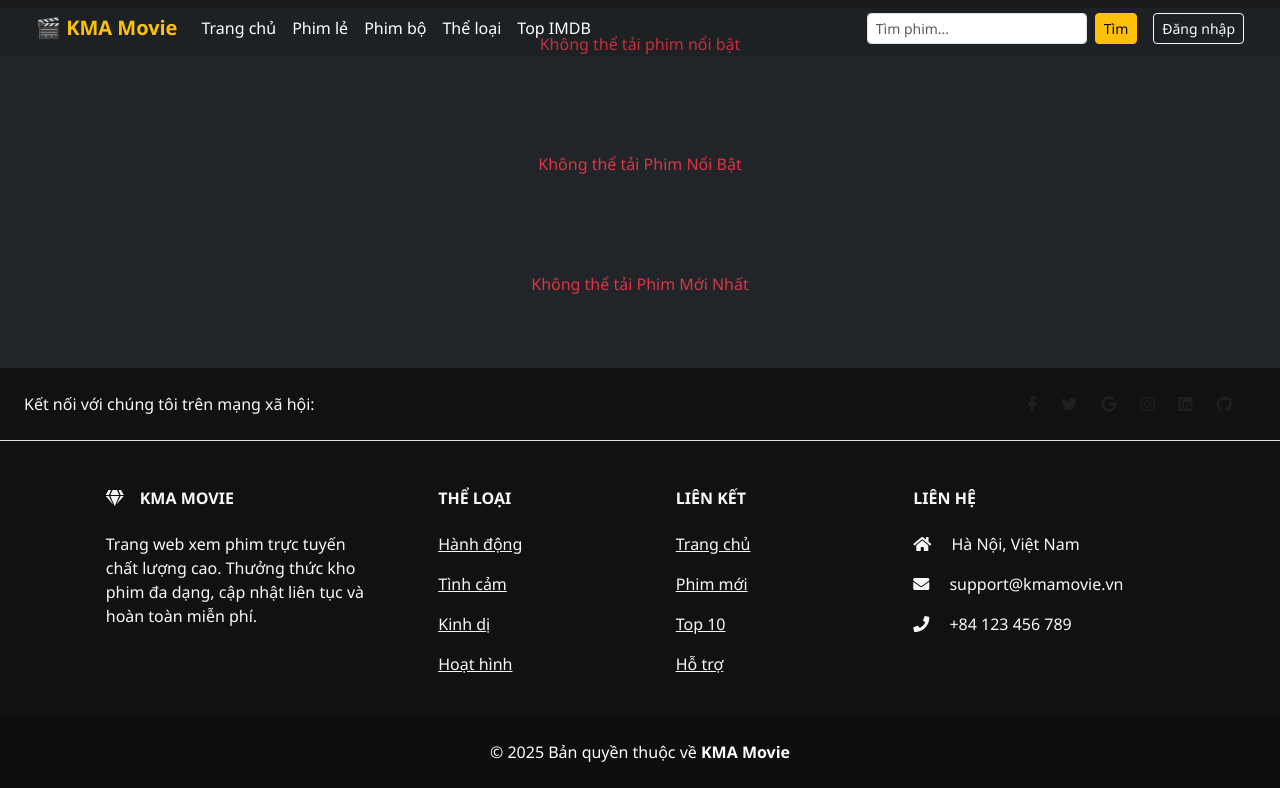
Repository: takagi2004/KMA_Nhom27_TTCS_WebXemFilm_FonEnd
Page: /
The author's editor kept a copy of each file at every save. The page is drawn from the files as they stood at one save, then again after the next save.
The browser window is 1280 px wide. The pictures show the whole page.
The page's requests for data from a server got no answer. The project was rebuilt for these pictures with package versions that can differ from the ones it lists, and the page was loaded fresh each time. No one was signed in, and anything a server would have sent is missing. Also part of the build but not shown: src/layout/danhsachphim/Props/PhimCard.tsx.

Above is the page before, as saved 2025-08-07 00:31:55.

### public/index.html
<!DOCTYPE html>
<html lang="en">
  <head>
    <meta charset="utf-8" />
    <link rel="icon" href="%PUBLIC_URL%/favicon.ico" />
    <meta name="viewport" content="width=device-width, initial-scale=1" />
    <meta name="theme-color" content="#000000" />
    <meta
      name="description"
      content="Web site created using create-react-app"
    />
    <link rel="apple-touch-icon" href="%PUBLIC_URL%/logo192.png" />
    <!--
      manifest.json provides metadata used when your web app is installed on a
      user's mobile device or desktop. See https://developers.google.com/web/fundamentals/web-app-manifest/
    -->
    <link rel="manifest" href="%PUBLIC_URL%/manifest.json" />
    <!--
      Notice the use of %PUBLIC_URL% in the tags above.
      It will be replaced with the URL of the `public` folder during the build.
      Only files inside the `public` folder can be referenced from the HTML.

      Unlike "/favicon.ico" or "favicon.ico", "%PUBLIC_URL%/favicon.ico" will
      work correctly both with client-side routing and a non-root public URL.
      Learn how to configure a non-root public URL by running `npm run build`.
    -->
    <link href="https://cdn.jsdelivr.net/npm/bootstrap@5.3.7/dist/css/bootstrap.min.css" rel="stylesheet" integrity="sha384-LN+7fdVzj6u52u30Kp6M/trliBMCMKTyK833zpbD+pXdCLuTusPj697FH4R/5mcr" crossorigin="anonymous">
    <link rel="stylesheet" href="https://cdnjs.cloudflare.com/ajax/libs/font-awesome/5.15.3/css/all.min.css">
    <title>Xem Phim Hay,Mới Nhất Tại Phimmoi.com</title>
  </head>
  <body>
    <noscript>You need to enable JavaScript to run this app.</noscript>
    <div id="root"></div>
    <!--
      This HTML file is a template.
      If you open it directly in the browser, you will see an empty page.

      You can add webfonts, meta tags, or analytics to this file.
      The build step will place the bundled scripts into the <body> tag.

      To begin the development, run `npm start` or `yarn start`.
      To create a production bundle, use `npm run build` or `yarn build`.
    -->
    <script src="https://cdn.jsdelivr.net/npm/bootstrap@5.3.7/dist/js/bootstrap.bundle.min.js" integrity="sha384-ndDqU0Gzau9qJ1lfW4pNLlhNTkCfHzAVBReH9diLvGRem5+R9g2FzA8ZGN954O5Q" crossorigin="anonymous"></script>
  </body>
</html>

### src/App.tsx
import React from 'react';
import './App.css';
import Hompage from './layout/Hompage';

function App() {
  return (
    <div className="App">
       <Hompage />
    </div>
  );
}

export default App;

### src/App.css
/* ==================== GLOBAL ==================== */
body, html {
  margin: 0;
  padding: 0;
  background-color: #1c1c1c;
  font-family: 'Segoe UI', Tahoma, Geneva, Verdana, sans-serif;
}

.App {
  text-align: center;
  color: white;
}

/* ==================== NAVBAR ==================== */
.navbar.bg-transparent {
  background-color: rgba(0, 0, 0, 0.1) !important;
  transition: background-color 0.3s ease;
}
.navbar.bg-dark {
  background-color: rgba(0, 0, 0, 0.9) !important;
  transition: background-color 0.3s ease;
}
.navbar .nav-link {
  color: #fff !important;
  transition: color 0.2s;
}
.navbar .nav-link:hover {
  color: #ffc107 !important;
}

/* ==================== CAROUSEL ==================== */
.carousel-container {
  position: relative;
}
.carousel-item {
  position: relative;
}
.carousel-img {
  width: 100%;
  height: 80vh;
  object-fit: cover;
  position: relative;
  z-index: 0;
}

/* Overlay desktop */
.carousel-overlay-bottom-left {
  position: absolute;
  bottom: 160px;
  left: 60px;
  z-index: 2;
  max-width: 700px;
  color: white;
  text-shadow: 0 4px 12px rgba(0, 0, 0, 0.9);
  background: radial-gradient(
    circle at left bottom,
    rgba(0,0,0,0.7) 0%,
    rgba(0,0,0,0.3) 40%,
    rgba(0,0,0,0) 80%
  );
  padding: 40px 60px 40px 0;
}

.carousel-overlay-bottom-left h2 {
  font-size: 3rem;
  font-weight: 900;
}
.carousel-overlay-bottom-left p {
  font-size: 1.1rem;
  margin-bottom: 0.5rem;
}

/* Gradient mờ desktop */
.carousel-item::after {
  content: "";
  position: absolute;
  bottom: 0;
  left: 0;
  width: 100%;
  height: 35%;
  background: linear-gradient(to top, rgba(0,0,0,0.85), transparent);
  z-index: 1;
  pointer-events: none;
}

/* ==================== DANH SÁCH PHIM ==================== */
.danh-sach-phim-wrapper {
  margin-top: -120px;  /* PC trồi nhiều */
  position: relative;
  z-index: 2;
}

.danh-sach-phim-container {
  background: transparent !important;
  padding-top: 2rem;
  padding-bottom: 2rem;
}

.danh-sach-phim-container h3 {
  color: #fff;
  font-weight: bold;
}

/* ==================== PHIM CARD ==================== */
.phim-card {
  position: relative;
  width: 100%;
  color: white;
  text-align: left;
  transition: transform 0.3s ease, box-shadow 0.3s ease;
  background: transparent;
  min-height: 250px; /* Đảm bảo không bị cắt phần mô tả */
}

.phim-card-img-wrapper {
  width: 100%;
  aspect-ratio: 2 / 3.3;
  overflow: hidden;
  border-radius: 8px;
  position: relative;
}

.phim-card-img-wrapper img {
  width: 100%;
  height: 100%;
  object-fit: cover;
  display: block;
  transition: transform 0.3s ease;
}

.phim-card:hover .phim-card-img-wrapper img {
  transform: scale(1.05);
}

/* Badge số tập */
.phim-card-episode-badge {
  position: absolute;
  bottom: 10px;
  left: 10px;
  background: linear-gradient(to right, #ff8c00, #ffcc00);
  color: #fff;
  font-size: 0.8rem;
  font-weight: 700;
  padding: 4px 8px;
  border-radius: 4px;
  box-shadow: 0 2px 6px rgba(0,0,0,0.4);
}

.phim-card-info {
  margin-top: 8px;
  min-height: 70px; /* Đảm bảo luôn có chỗ cho tên + mô tả */
}

.phim-card-info h6 {
  font-size: 1rem;
  font-weight: 700;
  margin-bottom: 3px;
  white-space: normal;
  overflow: hidden;
  display: -webkit-box;
  -webkit-line-clamp: 2;
  -webkit-box-orient: vertical;
  line-height: 1.2;
}

.phim-card-info p {
  font-size: 0.75rem;
  margin: 0;
  color: #aaa;
  white-space: normal;
  overflow: hidden;
  display: -webkit-box;
  -webkit-line-clamp: 3;
  -webkit-box-orient: vertical;
  line-height: 1.2;
}

/* Hover */
.phim-card:hover {
  transform: scale(1.07);
  z-index: 10;
  box-shadow: 0 4px 12px rgba(0,0,0,0.6);
}

/* ==================== RESPONSIVE ==================== */

/* Tablet */
@media (max-width: 992px) {
  .carousel-img {
    height: 60vh;
  }
  .carousel-overlay-bottom-left {
    bottom: 80px;
    left: 30px;
    max-width: 500px;
    padding: 20px 30px 20px 0;
  }
  .carousel-overlay-bottom-left h2 {
    font-size: 2rem;
  }
  .danh-sach-phim-wrapper {
    margin-top: -40px; /* Tablet trồi ít hơn */
  }
}

/* Mobile */
@media (max-width: 576px) {
  .carousel-img {
    height: 40vh;
  }

  /* Ẩn overlay desktop */
  .carousel-overlay-bottom-left {
    display: none;
  }

  /* Ẩn gradient */
  .carousel-item::after {
    display: none;
  }

  /* Card phim nhỏ hơn */
  .phim-card-img-wrapper {
    aspect-ratio: 2 / 3;
  }
  .phim-card-info h6 {
    font-size: 0.8rem;
  }
  .phim-card-info p {
    font-size: 0.65rem;
  }

  /* Mobile: không trồi lên để tránh che chữ */
  .danh-sach-phim-wrapper {
    margin-top: 0;
  }
}

### src/layout/Hompage.tsx
import DanhSachPhim from "./danhsachphim/DanhSachPhim";
import Footer from "./header/foode-narbar-carosel/Footer";
import Header from "./header/Header";
import React from "react";
function Hompage() {
  return (
    <div className="App">
       <Header />
       <Footer />
    </div>
  );
}

export default Hompage;

### src/layout/header/foode-narbar-carosel/Footer.tsx
import React from "react";

/**
 * Footer cho trang web xem phim
 * - Responsive đầy đủ (mobile, tablet, desktop)
 * - Có phần mạng xã hội + liên hệ + link nhanh
 * - Thiết kế nền tối phù hợp trang xem phim
 */
const Footer: React.FC = () => {
  return (
    <footer className="text-center text-lg-start text-muted" style={{ backgroundColor: "#111" }}>
      {/* ====================== MẠNG XÃ HỘI ====================== */}
      <section className="d-flex justify-content-center justify-content-lg-between p-4 border-bottom">
        {/* Bên trái - chỉ hiện trên màn hình lớn */}
        <div className="me-5 d-none d-lg-block text-light">
          <span>Kết nối với chúng tôi trên mạng xã hội:</span>
        </div>

        {/* Bên phải - icon mạng xã hội */}
        <div>
          <a href="#" className="me-4 text-reset text-light"><i className="fab fa-facebook-f"></i></a>
          <a href="#" className="me-4 text-reset text-light"><i className="fab fa-twitter"></i></a>
          <a href="#" className="me-4 text-reset text-light"><i className="fab fa-google"></i></a>
          <a href="#" className="me-4 text-reset text-light"><i className="fab fa-instagram"></i></a>
          <a href="#" className="me-4 text-reset text-light"><i className="fab fa-linkedin"></i></a>
          <a href="#" className="me-4 text-reset text-light"><i className="fab fa-github"></i></a>
        </div>
      </section>

      {/* ====================== LIÊN KẾT NHANH ====================== */}
      <section>
        <div className="container text-center text-md-start mt-5 text-light">
          <div className="row mt-3">
            {/* Cột 1 - Giới thiệu */}
            <div className="col-md-3 col-lg-4 col-xl-3 mx-auto mb-4">
              <h6 className="text-uppercase fw-bold mb-4">
                <i className="fas fa-gem me-3"></i>KMA Movie
              </h6>
              <p>
                Trang web xem phim trực tuyến chất lượng cao.
                Thưởng thức kho phim đa dạng, cập nhật liên tục và hoàn toàn miễn phí.
              </p>
            </div>

            {/* Cột 2 - Thể loại */}
            <div className="col-md-2 col-lg-2 col-xl-2 mx-auto mb-4">
              <h6 className="text-uppercase fw-bold mb-4">Thể loại</h6>
              <p><a href="#" className="text-reset">Hành động</a></p>
              <p><a href="#" className="text-reset">Tình cảm</a></p>
              <p><a href="#" className="text-reset">Kinh dị</a></p>
              <p><a href="#" className="text-reset">Hoạt hình</a></p>
            </div>

            {/* Cột 3 - Liên kết hữu ích */}
            <div className="col-md-3 col-lg-2 col-xl-2 mx-auto mb-4">
              <h6 className="text-uppercase fw-bold mb-4">Liên kết</h6>
              <p><a href="#" className="text-reset">Trang chủ</a></p>
              <p><a href="#" className="text-reset">Phim mới</a></p>
              <p><a href="#" className="text-reset">Top 10</a></p>
              <p><a href="#" className="text-reset">Hỗ trợ</a></p>
            </div>

            {/* Cột 4 - Liên hệ */}
            <div className="col-md-4 col-lg-3 col-xl-3 mx-auto mb-md-0 mb-4">
              <h6 className="text-uppercase fw-bold mb-4">Liên hệ</h6>
              <p><i className="fas fa-home me-3"></i> Hà Nội, Việt Nam</p>
              <p><i className="fas fa-envelope me-3"></i> support@kmamovie.vn</p>
              <p><i className="fas fa-phone me-3"></i> +84 123 456 789</p>
            </div>
          </div>
        </div>
      </section>

      {/* ====================== COPYRIGHT ====================== */}
      <div
        className="text-center p-4"
        style={{ backgroundColor: "rgba(0, 0, 0, 0.2)", color: "#fff" }}
      >
        © 2025 Bản quyền thuộc về <strong>KMA Movie</strong>
      </div>
    </footer>
  );
};

export default Footer;

### src/layout/header/Header.tsx
import React from "react";
import Navbar from "./foode-narbar-carosel/Narbar";
import Carousel from "./foode-narbar-carosel/Carousel";
import DanhSachPhim from "../danhsachphim/DanhSachPhim";
import { PhimAPI } from "../../api/PhimAPI";

const Header: React.FC = () => {
  return (
    <header className="bg-dark">
      {/* Thanh navbar */}
      <Navbar />

      {/* Carousel có khoảng cách dưới */}
      <div className="mt-2 mb-5">
        <Carousel />
      </div>

      {/* Các danh sách phim */}
      <div className="container-fluid d-flex flex-column gap-5 pb-5">
        <DanhSachPhim
          title="Phim Nổi Bật"
          fetchApi={() => PhimAPI.getPhimNoiBat(30)}
        />
        <DanhSachPhim
          title="Phim Mới Nhất"
          fetchApi={() => PhimAPI.getPhimMoiNhat(20)}
        />
      </div>
    </header>
  );
};

export default Header;

### src/layout/header/foode-narbar-carosel/Narbar.tsx
import React, { useEffect, useState } from "react";
import "./../../../App.css";

const Navbar: React.FC = () => {
  const [scrolled, setScrolled] = useState(false);

  // Theo dõi sự kiện scroll để đổi trạng thái navbar
  useEffect(() => {
    const handleScroll = () => {
      if (window.scrollY > 50) {
        setScrolled(true);
      } else {
        setScrolled(false);
      }
    };

    window.addEventListener("scroll", handleScroll);
    return () => {
      window.removeEventListener("scroll", handleScroll);
    };
  }, []);

  return (
    <nav
      className={`navbar navbar-expand-lg fixed-top px-4 ${
        scrolled ? "navbar-dark bg-dark shadow" : "navbar-dark bg-transparent"
      }`}
    >
      <div className="container-fluid">
        {/* Logo */}
        <a className="navbar-brand fw-bold text-warning" href="/">
          🎬 KMA Movie
        </a>

        {/* Menu icon mobile */}
        <button
          className="navbar-toggler"
          type="button"
          data-bs-toggle="collapse"
          data-bs-target="#navbarMovie"
          aria-controls="navbarMovie"
          aria-expanded="false"
          aria-label="Toggle navigation"
        >
          <span className="navbar-toggler-icon"></span>
        </button>

        {/* Menu */}
        <div className="collapse navbar-collapse" id="navbarMovie">
          <ul className="navbar-nav me-auto mb-2 mb-lg-0">
            <li className="nav-item"><a className="nav-link active" href="/">Trang chủ</a></li>
            <li className="nav-item"><a className="nav-link" href="/phim-le">Phim lẻ</a></li>
            <li className="nav-item"><a className="nav-link" href="/phim-bo">Phim bộ</a></li>
            <li className="nav-item"><a className="nav-link" href="/the-loai">Thể loại</a></li>
            <li className="nav-item"><a className="nav-link" href="/top-imdb">Top IMDB</a></li>
          </ul>

          {/* Search */}
          <form className="d-flex me-3">
            <input
              className="form-control form-control-sm me-2"
              type="search"
              placeholder="Tìm phim..."
            />
            <button className="btn btn-sm btn-warning" type="submit">
              Tìm
            </button>
          </form>

          {/* Icon user */}
          <a className="btn btn-outline-light btn-sm">Đăng nhập</a>
        </div>
      </div>
    </nav>
  );
};

export default Navbar;

### src/layout/header/foode-narbar-carosel/Carousel.tsx
import React, { useEffect, useState } from "react";
import "../../../App.css";
import { PhimAPI } from "../../../api/PhimAPI";
import PhimModel from "../../../model/PhimModel";

const Carousel: React.FC = () => {
  const [phimNoiBat, setPhimNoiBat] = useState<PhimModel[]>([]);
  const [loading, setLoading] = useState(true);
  const [error, setError] = useState<string | null>(null);

  useEffect(() => {
    PhimAPI.getPhimNoiBat(5)
      .then((data) => {
        setPhimNoiBat(data);
        setLoading(false);
      })
      .catch((err) => {
        setError("Không thể tải phim nổi bật");
        console.error(err);
        setLoading(false);
      });
  }, []);

  if (loading) return <div className="text-light p-4">Đang tải phim nổi bật...</div>;
  if (error) return <div className="text-danger p-4">{error}</div>;

  return (
    <div id="movieCarousel" className="carousel slide carousel-fade carousel-container" data-bs-ride="carousel">
      <div className="carousel-inner">
        {phimNoiBat.map((phim, index) => {
          const thoiLuong = phim.tapPhim?.length
            ? `${phim.tapPhim[0].thoiLuong} phút`
            : "Chưa có";

          return (
            <div key={phim.idPhim} className={`carousel-item ${index === 0 ? "active" : ""}`}>
              <img
                src={phim.anhBia || "https://via.placeholder.com/1920x1080?text=No+Image"}
                className="d-block w-100 carousel-img"
                alt={phim.tenPhim}
              />

              {/* Overlay cho desktop */}
              <div className="carousel-overlay-bottom-left d-none d-sm-block">
                <h2 className="fw-bold display-5">{phim.tenPhim}</h2>

                <div className="mb-2">
                  <span className="badge bg-success me-2">Top Thịnh Hành</span>
                  {phim.goiDangKy?.map((goi, i) => (
                    <span key={i} className="badge bg-info me-2">{goi}</span>
                  ))}
                </div>

                <p className="mb-1">
                  <span className="text-warning fw-bold me-2">
                    ★ {phim.diemTrungBinh?.toFixed(1) || 0}
                  </span>
                  {phim.namPhatHanh} | {phim.soLuong || 0} tập | {thoiLuong}
                </p>

                <p className="mb-2 text-light small">
                  {phim.theLoai?.join(" • ")} {phim.quocGia && `• ${phim.quocGia}`}
                </p>

                <p className="text-light" style={{ maxWidth: "600px" }}>
                  {phim.moTa?.length && phim.moTa.length > 200
                    ? phim.moTa.substring(0, 200) + "..."
                    : phim.moTa}
                </p>

                <div className="mt-3">
                  <button className="btn btn-success me-2">▶ Xem ngay</button>
                  <button className="btn btn-outline-light">+ Thêm vào danh sách</button>
                </div>
              </div>

              {/* Info mobile */}
              <div className="carousel-mobile-info d-sm-none">
                <h2>{phim.tenPhim}</h2>
                <span className="badge bg-success">Top Thịnh Hành</span>
                {phim.goiDangKy?.map((goi, i) => (
                  <span key={i} className="badge bg-info">{goi}</span>
                ))}

                <span className="rating">★ {phim.diemTrungBinh?.toFixed(1) || 0}</span>
                <div className="meta">
                  {phim.namPhatHanh} | {phim.soLuong || 0} tập | {thoiLuong}
                </div>

                <div className="mt-2">
                  <button className="btn btn-success me-2">▶ Xem ngay</button>
                  <button className="btn btn-outline-light">+ Thêm vào danh sách</button>
                </div>
              </div>
            </div>
          );
        })}
      </div>

      <button className="carousel-control-prev" type="button" data-bs-target="#movieCarousel" data-bs-slide="prev">
        <span className="carousel-control-prev-icon" aria-hidden="true"></span>
      </button>
      <button className="carousel-control-next" type="button" data-bs-target="#movieCarousel" data-bs-slide="next">
        <span className="carousel-control-next-icon" aria-hidden="true"></span>
      </button>
    </div>
  );
};

export default Carousel;

### src/layout/danhsachphim/DanhSachPhim.tsx
import React, { useEffect, useState } from "react";
import Slider from "react-slick";
import PhimModel from "../../model/PhimModel";
import PhimCard from "./Props/PhimCard";
import "slick-carousel/slick/slick.css";
import "slick-carousel/slick/slick-theme.css";

interface DanhSachPhimProps {
  title: string;
  fetchApi: () => Promise<PhimModel[]>;
  slidesToShow?: number;
}

const DanhSachPhim: React.FC<DanhSachPhimProps> = ({ title, fetchApi, slidesToShow = 8 }) => {
  const [phimList, setPhimList] = useState<PhimModel[]>([]);
  const [loading, setLoading] = useState(true);
  const [error, setError] = useState<string | null>(null);

  useEffect(() => {
    fetchApi()
      .then((data) => {
        setPhimList(data);
        setLoading(false);
      })
      .catch(() => {
        setError(`Không thể tải ${title}`);
        setLoading(false);
      });
  }, [fetchApi, title]);

  if (loading) return <div className="text-light p-4">Đang tải {title}...</div>;
  if (error) return <div className="text-danger p-4">{error}</div>;

  const settings = {
    dots: false,
    infinite: false,
    speed: 500,
    slidesToShow,
    slidesToScroll: slidesToShow,
    arrows: true,
    responsive: [
      {
        breakpoint: 1200,
        settings: { slidesToShow: Math.min(4, slidesToShow), slidesToScroll: 4 },
      },
      {
        breakpoint: 768,
        settings: { slidesToShow: 2, slidesToScroll: 2 },
      },
    ],
  };

  return (
    <div className="danh-sach-phim-wrapper">
      <div className="danh-sach-phim-container">
        <h3 className="mb-4 text-light fw-bold ps-4 text-start">{title}</h3>
        <div className="px-4">
          <Slider {...settings}>
            {phimList.map((phim) => (
              <div key={phim.idPhim} className="px-2">
                <PhimCard phim={phim} />
              </div>
            ))}
          </Slider>
        </div>
      </div>
    </div>
  );
};

export default DanhSachPhim;

### src/api/PhimAPI.ts
import axios from "axios";
import PhimModel from "../model/PhimModel";

const API_BASE_URL = "http://localhost:8080/api/phim";

export const PhimAPI = {
    // 1. Lấy tất cả phim
    getAllPhim: async (): Promise<PhimModel[]> => {
        const response = await axios.get<PhimModel[]>(`${API_BASE_URL}/all`);
        return response.data;
    },

    // 2. Lấy top phim thịnh hành
    getTopThinhHanh: async (limit: number = 10): Promise<PhimModel[]> => {
        const response = await axios.get<PhimModel[]>(`${API_BASE_URL}/top?limit=${limit}`);
        return response.data;
    },

    // 3. Lấy phim nổi bật (cho carousel)
    getPhimNoiBat: async (limit: number = 5): Promise<PhimModel[]> => {
        const response = await axios.get<PhimModel[]>(`${API_BASE_URL}/noi-bat?limit=${limit}`);
        return response.data;
    },

    // 4. Lấy chi tiết 1 phim theo ID
    getPhimById: async (id: number): Promise<PhimModel> => {
        const response = await axios.get<PhimModel>(`${API_BASE_URL}/${id}`);
        return response.data;
    },

    // 5. (Optional) Tìm kiếm phim theo từ khóa
    searchPhim: async (keyword: string): Promise<PhimModel[]> => {
        const response = await axios.get<PhimModel[]>(`${API_BASE_URL}/search?keyword=${encodeURIComponent(keyword)}`);
        return response.data;
    },
    // 6. Lấy phim mới nhất
    getPhimMoiNhat: async (limit: number = 10): Promise<PhimModel[]> => {
        const response = await axios.get<PhimModel[]>(`${API_BASE_URL}/moi-nhat?limit=${limit}`);
        return response.data;
    }
};

Loaded but not shown: src/index.tsx (common file); src/index.css (common file); src/reportWebVitals.ts (common file)

After the next save:
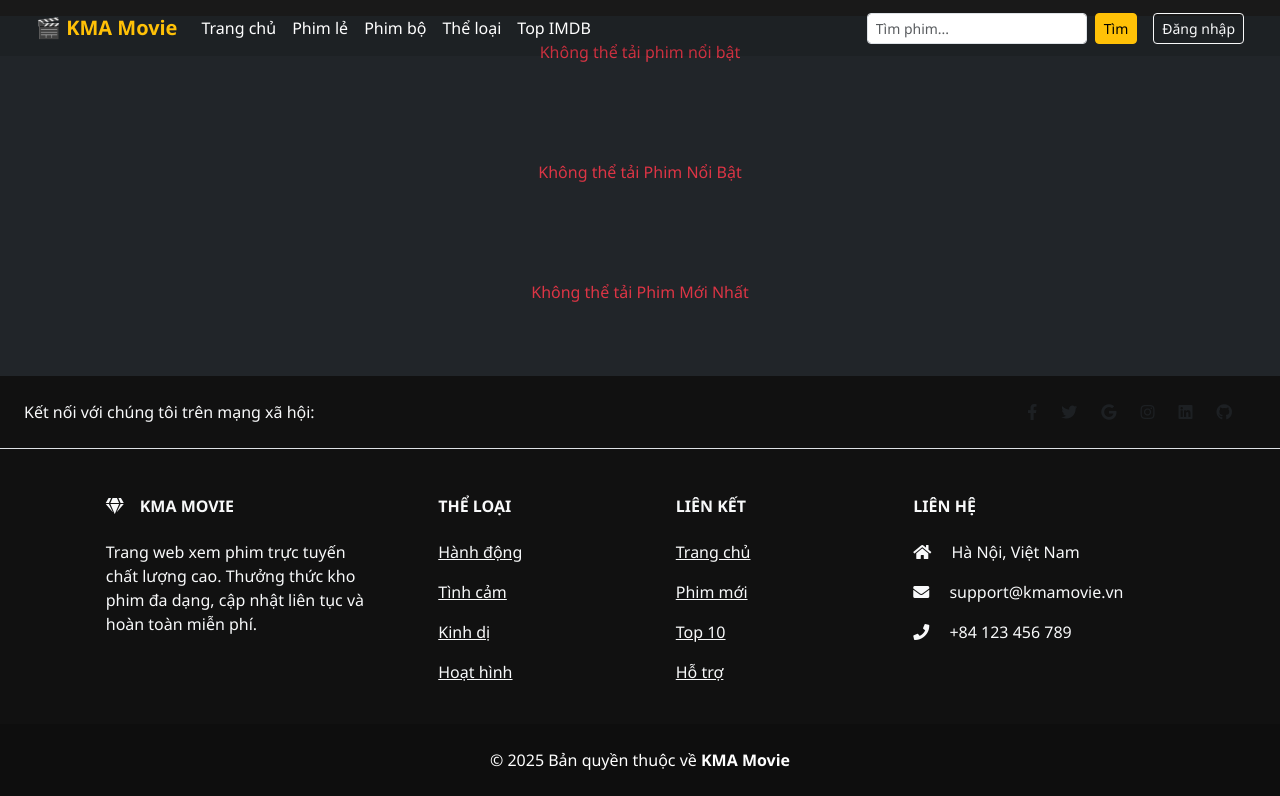
Saved 22 s later.
--- a/src/layout/header/Header.tsx
+++ b/src/layout/header/Header.tsx
@@ -11,7 +11,7 @@
       <Navbar />
 
       {/* Carousel có khoảng cách dưới */}
-      <div className="mt-2 mb-5">
+      <div className="mt-3 mb-5">
         <Carousel />
       </div>
 
